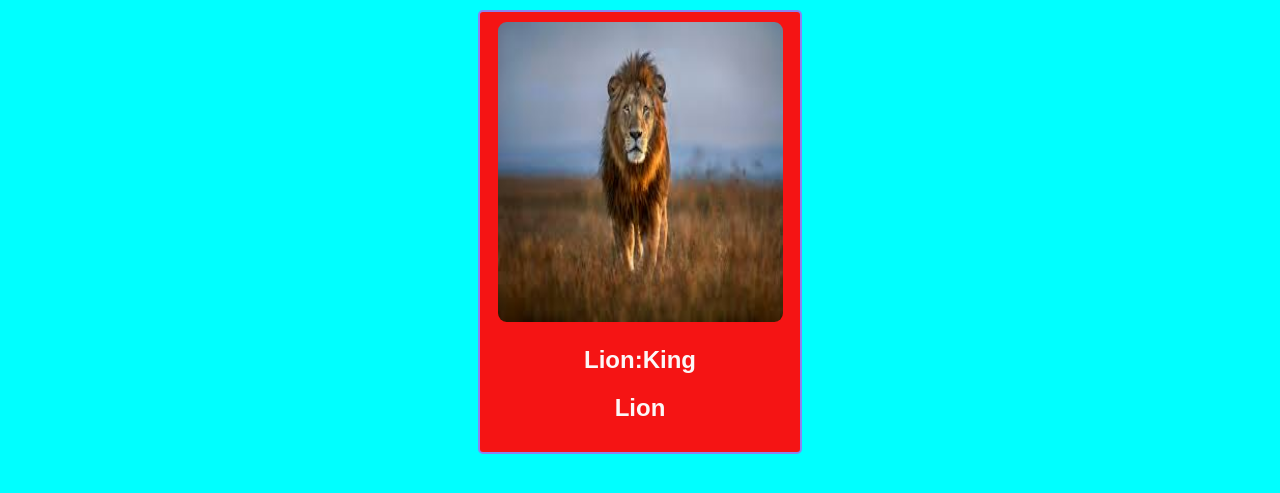
Repository: KingBoyMaylow/Animal-trading-card
Page: index.html
These files come from the project's save history. The page is drawn as it stood at one moment and after the next save; the edit follows.
The browser window is 1280 px wide. The pictures show the whole page.

Above is the page before, as saved 2024-05-13 22:10:01.

After the next save:
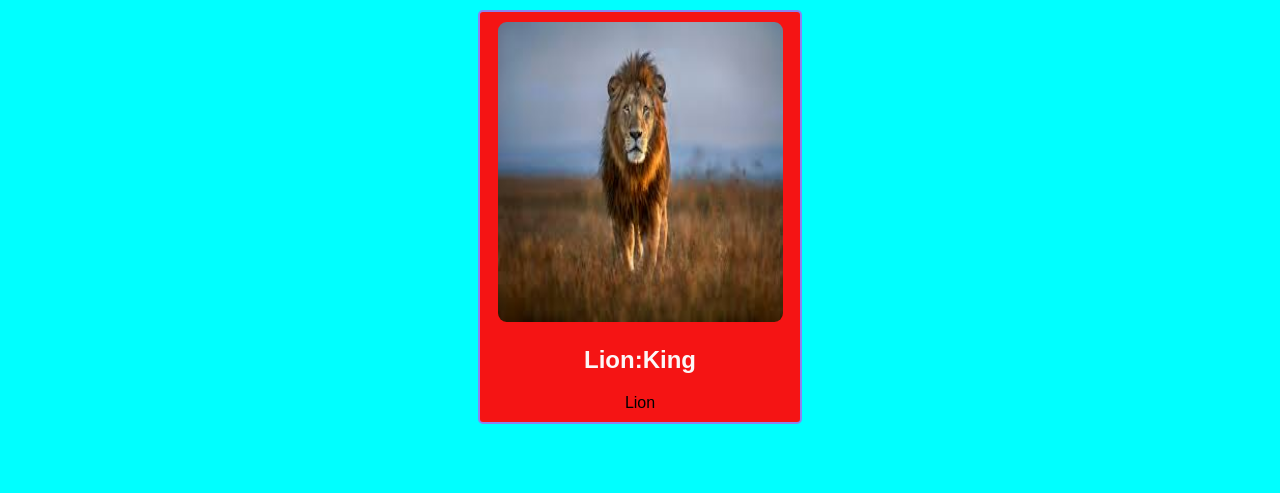
Saved 16 s later.
--- a/index.html
+++ b/index.html
@@ -36,7 +36,7 @@
 <body>
     <div class="card">
         <img src="lion.jpeg" alt="Lion">
-        <h2>Lion:King</h2><h2>Lion</h2>
+        <h2>Lion:King</h2><h>Lion</h2>
     </div>
 </body>
 </html>
